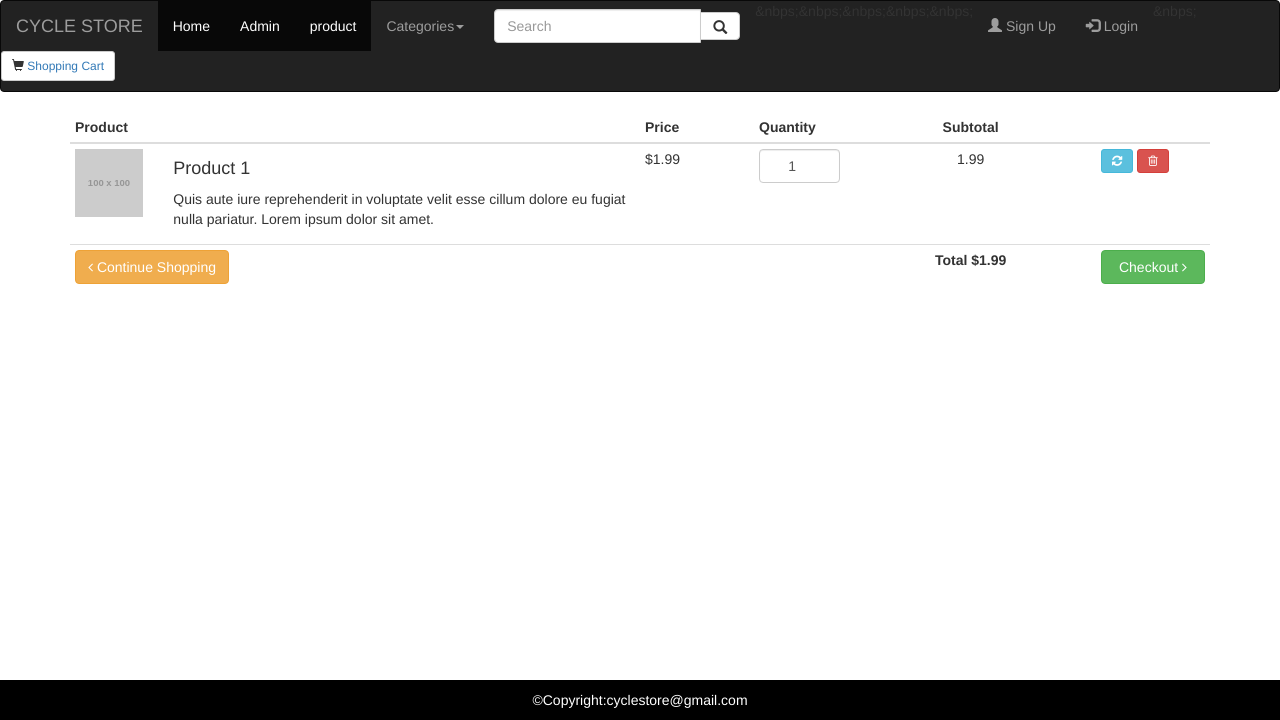
Repository: SumiyaSulaiman/project1
Page: http://localhost/cycle/shoppingcart.jsp
An editor plug-in stored every save of this project. The page is shown before and after the next save, followed by the edit.
The browser window is 1280 px wide. The pictures show the whole page.
Some web libraries are served in a nearby version. The page is served by Tomcat 9. Nobody is signed in. The application's start-up code is not run.

Above is the page before, as saved 2017-12-21 08:23:58.

After the next save:
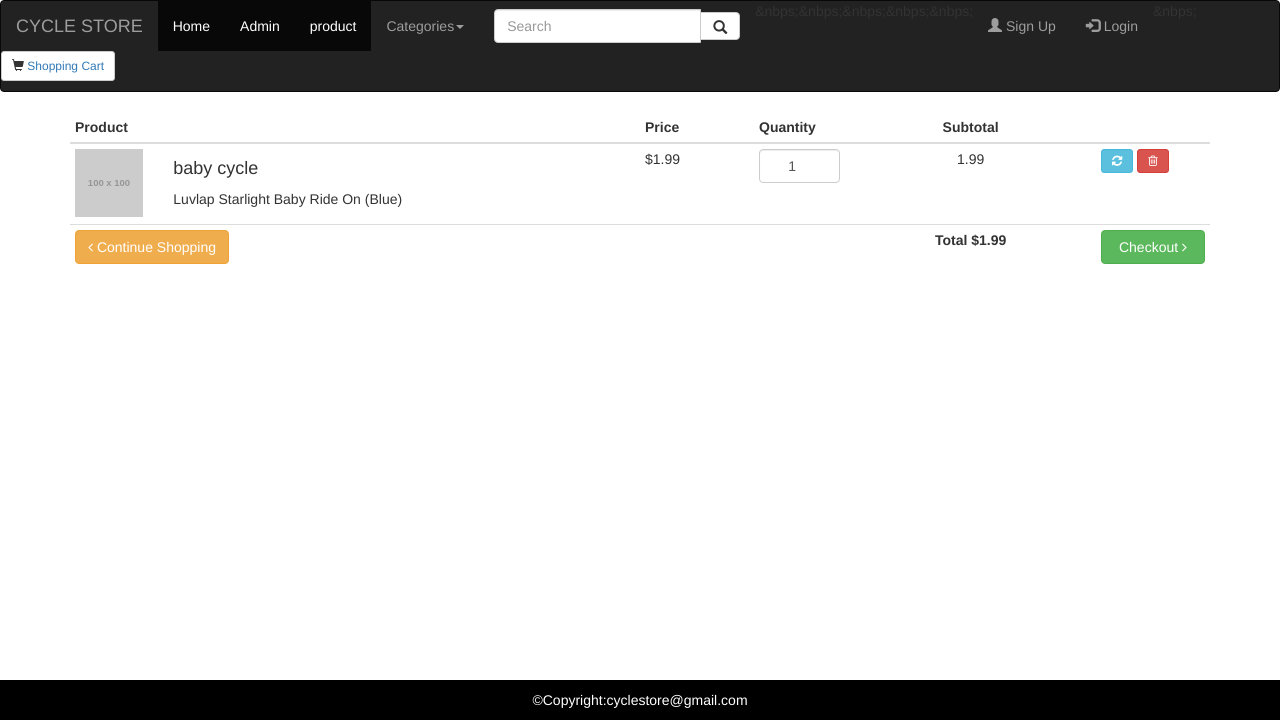
Saved 3 min 11 s later.
--- a/project/cycle/src/main/webapp/shoppingcart.jsp
+++ b/project/cycle/src/main/webapp/shoppingcart.jsp
@@ -62,8 +62,8 @@
 								<div class="row">
 									<div class="col-sm-2 hidden-xs"><img src="http://placehold.it/100x100" alt="..." class="img-responsive"/></div>
 									<div class="col-sm-10">
-										<h4 class="nomargin">Product 1</h4>
-										<p>Quis aute iure reprehenderit in voluptate velit esse cillum dolore eu fugiat nulla pariatur. Lorem ipsum dolor sit amet.</p>
+										<h4 class="nomargin">baby cycle</h4>
+										<p>Luvlap Starlight Baby Ride On (Blue)</p>
 									</div>
 								</div>
 							</td>
